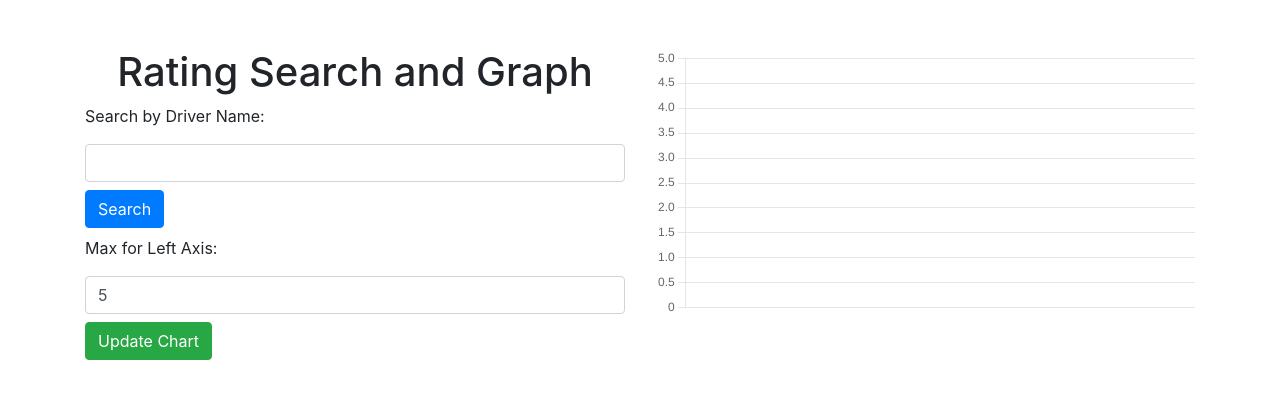
Repository: adrcstro/TrackingManagement
Page: http://localhost/tcpdf/Loginsystem/fetchdata.php
These files come from the project's save history. The page is drawn as it stood at one moment and after the next save; the edit follows.
The browser window is 1280 px wide. The pictures show the whole page.
Some icons come from a web library that is not loaded, so they are not drawn. Some web libraries are served in a nearby version. The page is run by PHP 8.4 with error messages shown; the project is at /var/www/html/. Queries for data that is not in the repository find no rows.

Above is the page before, as saved 2023-11-24 18:50:19.
Console error: TypeError: Cannot read properties of null (reading 'addEventListener')

### Loginsystem/fetchdata.php
<!DOCTYPE html>
<html lang="en">
<head>
    <meta charset="UTF-8">
    <meta name="viewport" content="width=device-width, initial-scale=1.0">
    <link href="https://maxcdn.bootstrapcdn.com/bootstrap/4.5.2/css/bootstrap.min.css" rel="stylesheet">
    <link href="https://cdnjs.cloudflare.com/ajax/libs/font-awesome/5.15.1/css/all.min.css" rel="stylesheet"> <!-- Font Awesome -->
    <script src="https://cdn.jsdelivr.net/npm/chart.js"></script>

    <style>
        .card {
            transition: transform 0.3s;
            position: relative;
            box-shadow: 0 4px 8px rgba(0, 0, 0, 0.1);
            height: 100%;
        }

        .card:hover {
            transform: scale(1.05);
            box-shadow: 0 8px 16px rgba(0, 0, 0, 0.2);
        }

        .card-img-top {
            object-fit: cover;
            height: 250px;
            width: 100%;
        }

        .card-body {
            padding-bottom: 40px; /* Adjust padding to accommodate the button */
        }

        .card-title {
            height: -3rem; /* Limit the height of the title */
            overflow: hidden;
        }

        .card-text {
            max-height: 6rem; /* Limit the height of the description */
            overflow: hidden;
        }

        .read-more-modal {
            max-width: 800px; /* Adjust the width of the modal */
        }
    </style>
    <title>News and Events</title>
</head>
<body>

<div class="container">
        <div class="row  mt-4">
            <div class="col-md-6">
                <h1 class="text-center mt-4">Rating Search and Graph</h1>

                <form method="post" action="" class="mt-2">
                    <label for="search">Search by Driver Name:</label>
                    <input type="text" name="search" id="search" class="form-control mt-2">
                    <input type="submit" value="Search" class="btn btn-primary mt-2">
                </form>

                <!-- Input field for max value of left axis -->
                <label for="maxLeft" class="mt-2">Max for Left Axis:</label>
                <input type="number" name="maxLeft" id="maxLeft" value="5" class="form-control mt-2">

                <button onclick="updateChart()" class="btn btn-success mt-2">Update Chart</button>
            </div>

            <div class="col-md-6">
                <div style="width: 100%;"  class="mt-4">
                    <canvas id="myChart"></canvas>
                </div>
            </div>
        </div>
    </div>


<script>
        // Add your custom scripts here
        function updateChart() {
            // Your chart update logic
        }
    </script>
<?php
// Connect to your database
$servername = "localhost"; // Replace with your server name
$username = "root"; // Replace with your username
$password = ""; // Replace with your password
$dbname = "plate-to-place-v-tracking";

$conn = new mysqli($servername, $username, $password, $dbname);

// Check connection
if ($conn->connect_error) {
    die("Connection failed: " . $conn->connect_error);
}

// Function to fetch data from the rating table based on the search term
function fetchData($conn, $searchTerm) {
    $sql = "SELECT DriverName, Rate FROM rating WHERE DriverName LIKE '%$searchTerm%'";
    $result = $conn->query($sql);

    $data = array();
    if ($result->num_rows > 0) {
        while ($row = $result->fetch_assoc()) {
            $data[] = $row;
        }
    }

    return $data;
}

// Process search form submission
if ($_SERVER["REQUEST_METHOD"] == "POST") {
    $searchTerm = $_POST["search"];
    $data = fetchData($conn, $searchTerm);
} else {
    // If no search term, initialize with an empty array
    $data = array();
}

// Close the database connection
$conn->close();
?>

<script>
// Prepare data for Chart.js
var data = <?php echo json_encode($data); ?>;

// Create an object to count the occurrences of each rating for each driverName
var ratingCounts = {};

data.forEach(function(item) {
    var driverName = item.DriverName;
    var rate = item.Rate;

    // Initialize the count for the driverName if not already present
    if (!ratingCounts[driverName]) {
        ratingCounts[driverName] = [0, 0, 0, 0, 0]; // Index 0 represents rating 1, index 4 represents rating 5
    }

    // Increment the count for the corresponding rating
    ratingCounts[driverName][rate - 1]++;
});

// Prepare labels and data for the chart
var labels = Object.keys(ratingCounts);
var datasets = [];

// Iterate through each driverName and create a dataset for the bar graph
labels.forEach(function(driverName) {
    var counts = ratingCounts[driverName];

    datasets.push({
        label: driverName,
        data: counts,
        backgroundColor: getRandomColor(), // Function to get a random color for each driverName
        borderColor: 'rgba(75, 192, 192, 1)',
        borderWidth: 1
    });
});

// Default max value for left axis
var maxLeft = 5;

// Declare myChart outside the function
var myChart;

// Draw the initial bar chart
drawChart();

// Function to draw or update the bar chart
function drawChart() {
    var ctx = document.getElementById('myChart').getContext('2d');
    myChart = new Chart(ctx, {
        type: 'bar',
        data: {
            labels: ['Unsatisfactory/Very Poor', 'Poor', 'Satisfactory/Fair', 'Good', 'Excellent'], // Ratings 1 to 5
            datasets: datasets
        },
        options: {
            scales: {
                y: {
                    beginAtZero: true,
                    stepSize: 1,
                    max: maxLeft
                }
            }
        }
    });
}

// Function to generate a random color
function getRandomColor() {
    var letters = '0123456789ABCDEF';
    var color = '#';
    for (var i = 0; i < 6; i++) {
        color += letters[Math.floor(Math.random() * 16)];
    }
    return color;
}

// Function to update the chart based on user input
function updateChart() {
    // Get value from input field
    maxLeft = parseInt(document.getElementById('maxLeft').value);

    // Destroy the existing chart and redraw with updated options
    myChart.destroy();
    drawChart();
}
</script>









<div class="container mt-5 mb-5">
    <div class="row">
    <?php
        // Replace these with your actual database connection details
        $host = "localhost";
        $username = "root";
        $password = "";
        $database = "plate-to-place-v-tracking";

        // Create a database connection
        $your_db_connection = mysqli_connect($host, $username, $password, $database);

        // Check the connection
        if (!$your_db_connection) {
            die("Connection failed: " . mysqli_connect_error());
        }

        // Fetch data from the "newsandevents" table
        $query = "SELECT id, Username, Age, Password, PermittoOperate,PhoneNumber,HomeAddress FROM driverstbl";
        $result = mysqli_query($your_db_connection, $query);

        // Check if the query was successful
        if ($result) {
            // Fetch data row by row
            while ($row = mysqli_fetch_assoc($result)) {
                $drivername = $row['Username'];
                $ViehicleNumber = $row['Age'];
                $PlateNumber = $row['Password'];
                $image = $row['PermittoOperate'];
                $phone = $row['PhoneNumber'];
                $home = $row['HomeAddress'];

                // Display data in Bootstrap cards
                echo '<div class="col-md-4 mb-5">';
                echo '<div class="card">';
                echo '<img src="uploads/' . $image . '" class="card-img-top" alt="Card Image">';
                echo '<div class="card-body text-center">';

                // Displaying the driver information
                // Existing code

echo '<h6 class="card-title">Drivers Name: <span style="font-weight:normal;">' . $drivername . '</span></h6>';
echo '<h6 class="card-title">Vehicle Number: <span style="font-weight:normal;">' . $ViehicleNumber . '</span></h6>';
echo '<h6 class="card-title">Plate Number: <span style="font-weight:normal;">' . $PlateNumber . '</span></h6>';
echo '<h6 class="card-title">Phone Number: <span style="font-weight:normal;">' . $phone . '</span></h6>';
echo '<h6 class="card-title">Home Address: <span style="font-weight:normal;">' . $home . '</span></h6>';
                echo '</div>';
                echo '</div>';
                echo '</div>';
            }

            // Free result set
            mysqli_free_result($result);
        } else {
            // Handle the error if the query fails
            echo "Error: " . mysqli_error($your_db_connection);
        }

        // Close the database connection
        mysqli_close($your_db_connection);
    ?>
    </div>
</div>

<script src="https://code.jquery.com/jquery-3.5.1.slim.min.js"></script>
<script src="https://cdn.jsdelivr.net/npm/@popperjs/core@2.5.3/dist/umd/popper.min.js"></script>
<script src="https://maxcdn.bootstrapcdn.com/bootstrap/4.5.2/js/bootstrap.min.js"></script>
<script src="https://kit.fontawesome.com/your-font-awesome-kit-id.js" crossorigin="anonymous"></script>









<script>
    // Initialize Bootstrap tooltips
    $(function () {
        $('[data-toggle="tooltip"]').tooltip();
    });
</script>

<script>
    document.addEventListener("DOMContentLoaded", function() {
        const searchInput = document.getElementById("SearchDriver");
        const searchResults = document.getElementById("searchResults");

        searchInput.addEventListener("input", function() {
            const searchText = searchInput.value.toLowerCase();
            if (searchText.length > 0) {
                fetch(`fetchdatadetails.php?search=${searchText}`)
                    .then(response => response.text())
                    .then(data => {
                        searchResults.innerHTML = data;
                    })
                    .catch(error => {
                        console.error('Error:', error);
                    });
            } else {
                searchResults.innerHTML = "";
            }
        });
    });
</script>
</body>
</html>

After the next save:
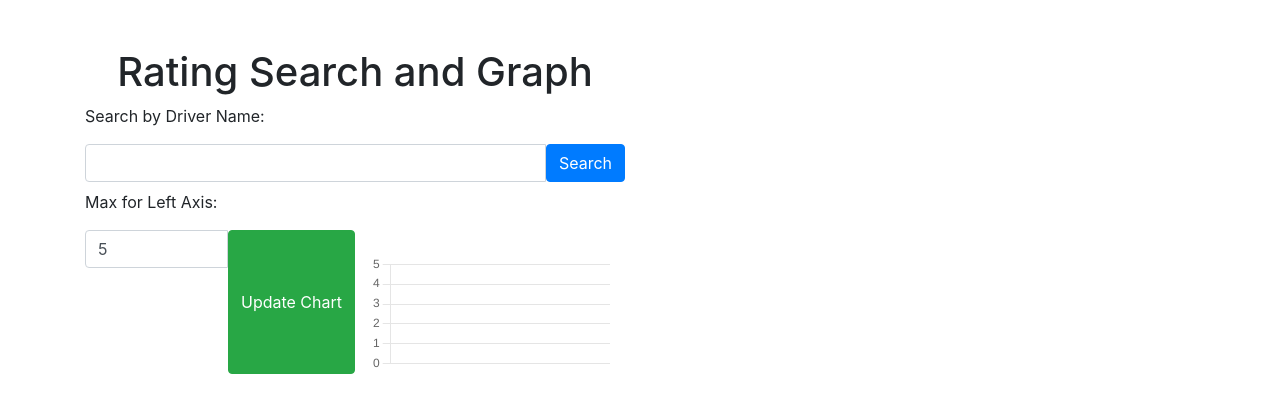
Saved 49 s later.
--- a/Loginsystem/fetchdata.php
+++ b/Loginsystem/fetchdata.php
@@ -55,16 +55,17 @@
 
                 <form method="post" action="" class="mt-2">
                     <label for="search">Search by Driver Name:</label>
-                    <input type="text" name="search" id="search" class="form-control mt-2">
-                    <input type="submit" value="Search" class="btn btn-primary mt-2">
+                    <div class="input-group mt-2">
+                        <input type="text" name="search" id="search" class="form-control">
+                        <button type="submit" class="btn btn-primary"><i class="bi bi-search icon"></i>Search</button>
+                    </div>
                 </form>
 
-                <!-- Input field for max value of left axis -->
+                <!-- Input field for max value of the left axis -->
                 <label for="maxLeft" class="mt-2">Max for Left Axis:</label>
-                <input type="number" name="maxLeft" id="maxLeft" value="5" class="form-control mt-2">
-
-                <button onclick="updateChart()" class="btn btn-success mt-2">Update Chart</button>
-            </div>
+                <div class="input-group mt-2">
+                    <input type="number" name="maxLeft" id="maxLeft" value="5" class="form-control">
+                    <button onclick="updateChart()" class="btn btn-success"><i class="bi bi-bar-chart icon"></i>Update Chart</button>
 
             <div class="col-md-6">
                 <div style="width: 100%;"  class="mt-4">
